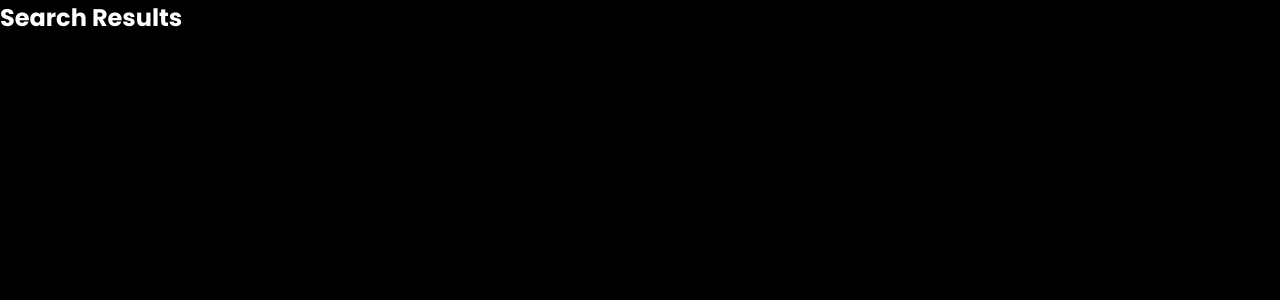
Repository: yasai-nodame/soccer_archiv
Page: /search-results-page
An editor plug-in stored every save of this project. The page is shown before and after the next save, followed by the edit.
The browser window is 1280 px wide. The pictures show the whole page.
The page's requests for data from a server got no answer. The project was rebuilt for these pictures with package versions that can differ from the ones it lists, and the page was loaded fresh each time. No one was signed in, and anything a server would have sent is missing. Also part of the build but not shown: vite.config.js, src/pages/Home/Home.css, src/components/Navbar/Navbar.css, src/components/Navbar/Navbar.jsx, src/pages/MatchesPage.jsx, src/pages/Home/Home.jsx, src/pages/VideoPage/VideoPage.css, src/pages/VideoPage/VideoPage.jsx and 4 more.

Above is the page before, as saved 2024-06-30 17:34:57.

### index.html
<!doctype html>
<html lang="en">
  <head>
    <meta charset="UTF-8" />
    <link rel="icon" type="image/svg+xml" href="/netflix_favicon.ico" />
    <meta name="viewport" content="width=device-width, initial-scale=1.0" />
    <title>Soccer Archive</title>
  </head>
  <body>
    <div id="root"></div>
    <script type="module" src="/src/main.jsx"></script>
  </body>
</html>

### src/App.jsx
import React, { useEffect, useState } from 'react'
import Home from './pages/Home/Home'
import { Routes, Route } from 'react-router-dom'
import VideoPage from './pages/VideoPage/VideoPage'
import PremierLeague from './components/PremierLeague'
import soccer from './assets/soccer_ball.jpg'
import FACup from './components/FACup'
import { db } from './firebase'
import { collection, getDocs } from 'firebase/firestore'
import { getDownloadURL, getStorage, ref } from 'firebase/storage'
import SearchResults from './components/SearchResults'


const initialMatches = [
  {id:1, date: '2024-6-11', category: 'プレミアリーグ', title: 'チェルシー×アーセナル', matchday: '第1節', thumbnail: soccer},
  {id:2, date: '2024-6-11', category: 'プレミアリーグ', title: 'フラム×リヴァプール', matchday: '第1節', thumbnail: soccer},
  {id:3, date: '2024-6-12', category: 'プレミアリーグ', title: 'マンC×エヴァートン', matchday: '第1節', thumbnail:soccer},
  {id:4, date: '2024-6-12', category: 'FAカップ', title: 'レスターシティ×トッテナム', thumbnail:soccer},
  {id:5, date: '2024-6-13', category: 'プレミアリーグ', title: 'ウルブス×マンU', matchday: '第1節', thumbnail:soccer},
  {id:6, date: '2024-6-13', category: 'FAカップ', title: 'ボーンマス×ノッティンガムフォレスト', thumbnail:soccer},
  {id:7, date: '2024-6-14', category: 'プレミアリーグ', title:'ニューカッスル×クリスタル・パレス', matchday: '第1節', thumbnail:soccer},
  {id:8, date: '2024-6-14', category: 'プレミアリーグ', title:'ブライトン×ブレントフォード', matchday: '第1節', thumbnail:soccer},
  {id:9, date: '2024-6-14', category: 'プレミアリーグ', title:'ウエストハム×アストンヴィラ', matchday: '第1節', thumbnail:soccer},
];

const App = () => {
  const [matches_value, setMatches_value] = useState(initialMatches);
  const [loading, setLoading] = useState(true);

  useEffect(() => {
    const fetchMatches = async() => {
      try {
        const storage = getStorage();
        const imageRef = ref(storage, process.env.VITE_REACT_APP_IMAGE);
        const imageUrl = await getDownloadURL(imageRef);


        const matchesCollectionRef = collection(db, 'matches');
        const querySnapshot = await getDocs(matchesCollectionRef);
        const matchesData = querySnapshot.docs.map(doc => ({
          ...doc.data(),
          thumbnail: imageUrl
      })).sort((a, b) => a.id - b.id); // matchesのid要素を2つとる。比較するため。 正の数ならaはbの後ろにソート　負の数ならaはbの前にソート　例) 1-3=-2　1が前にソート
      setMatches_value(matchesData);
      } catch (error) {
        console.error("Error fetcing matches:", error);
      } finally { //finallyは、例外が発生してもしなくても、必ず実行されるコード
        setLoading(false);
      }
    };
    fetchMatches();
  }, []);

  return (
    <div>
      <Routes>
        <Route path='/' element={<Home matches={matches_value} loading={loading}/>}/>
        <Route path='/video/:id' element={<VideoPage relatedVideos={matches_value} loading={loading}/>} />
        <Route path='/premier-league-page' element={<PremierLeague matches={matches_value} loading={loading}/>} />
        <Route path='/fa-cup-page' element={<FACup matches={matches_value} loading={loading}/>} />
        <Route path='/search-results-page' element={<SearchResults />} />
      </Routes>
    </div>
  );
};

export default App

### src/index.css
@import url('https://fonts.googleapis.com/css2?family=Poppins:ital,wght@0,100;0,200;0,300;0,400;0,500;0,600;0,700;0,800;0,900;1,100;1,200;1,300;1,400;1,500;1,600;1,700;1,800;1,900&display=swap');


* {
  margin: 0;
  padding: 0;

  box-sizing: border-box;
}

body {
  background-color: black;
  color: white;
  font-family: 'poppins';
  margin: 0;
  padding: 0;
}

@media (max-width: 600px) {
  body {
    background-color: #1c1818;
  }
}

/* タブレット用のスタイル */
@media (min-width: 601px) and (max-width: 1024px) {
  body {
    background-color: #1c1818;
  }
}

/* デスクトップ用のスタイル */
@media (min-width: 1025px) {
  body {
    background-color: black;
  }
}

### src/firebase.js
import { initializeApp } from "firebase/app";
import { getAuth, signInWithEmailAndPassword } from "firebase/auth";
import { getFirestore } from "firebase/firestore";

const firebaseConfig = {
    apiKey: process.env.VITE_REACT_APP_FIREBASE_API_KEY,
    authDomain: process.env.VITE_REACT_APP_FIREBASE_AUTH_DOMAIN,
    projectId: process.env.VITE_REACT_APP_FIREBASE_PROJECT_ID,
    storageBucket: process.env.VITE_REACT_APP_FIREBASE_STORAGE_BUCKET,
    messagingSenderId: process.env.VITE_REACT_APP_FIREBASE_MESSAGING_SENDER_ID,
    appId: process.env.VITE_REACT_APP_FIREBASE_APP_ID,
};

const app = initializeApp(firebaseConfig);
const auth = getAuth(app);
const db = getFirestore(app);

const authenticateAndFetchDocument = async () => {
    try {
        // ユーザーの認証
        const userCredential = await signInWithEmailAndPassword(auth, process.env.VITE_REACT_APP_FIREBASE_MAIL, process.env.VITE_REACT_APP_FIREBASE_PASSWORD);
        const user = userCredential.user;

    } catch (error) {
        console.log('エラー:', error);
    }
};

authenticateAndFetchDocument();

export { db, auth };


// もしかしたらスピナーを透過したほうがいいのかも。

//  firebaseから、検索文字列を参照して、一致した情報を取得し表示させる。

// ホームを更新したときに、バックグラウンドページを黒色にする

// /functions/index.js　のalogoliaとfirebaseの情報を .envに格納させる。

### src/components/SearchResults.jsx
import React from 'react';

const SearchResults = ({ searchResults }) => {

    console.log(searchResults);
    return (
        <div className="search-results">
            <h2>Search Results</h2>
            <ul>
                {searchResults && searchResults.map((result, index) => (
                    <li key={index}>
                        {/* ヒットしたデータをここに表示する */}
                        <p>{result.title}</p>
                    </li>
                ))}
            </ul>
        </div>
    );
};

export default SearchResults;

Loaded but not shown: src/main.jsx (common file)

After the next save:
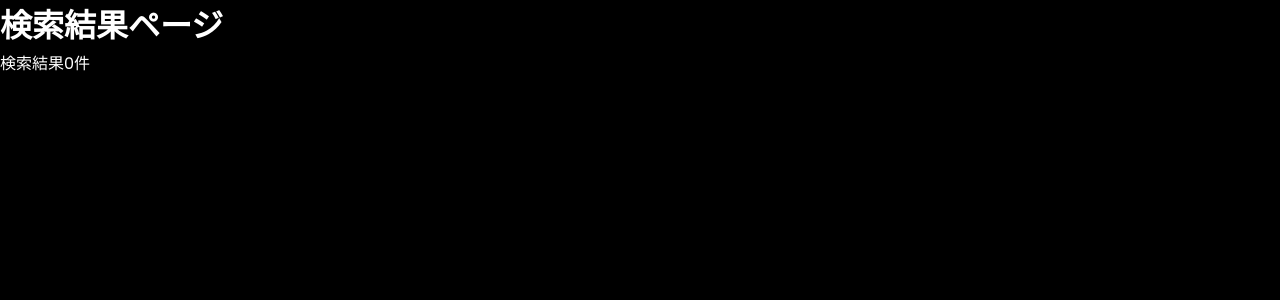
Saved 16 min 45 s later.
--- a/src/components/SearchResults.jsx
+++ b/src/components/SearchResults.jsx
@@ -1,19 +1,15 @@
 import React from 'react';
+import { useLocation } from 'react-router-dom';
 
-const SearchResults = ({ searchResults }) => {
+const SearchResults = () => {
+    const location = useLocation();
+    const { searchResults } = location.state || {};
 
     console.log(searchResults);
     return (
-        <div className="search-results">
-            <h2>Search Results</h2>
-            <ul>
-                {searchResults && searchResults.map((result, index) => (
-                    <li key={index}>
-                        {/* ヒットしたデータをここに表示する */}
-                        <p>{result.title}</p>
-                    </li>
-                ))}
-            </ul>
+        <div>
+            <h1>検索結果ページ</h1>
+            {searchResults ? <SearchResults searchResults={searchResults} /> : <p>検索結果0件</p>}
         </div>
     );
 };
